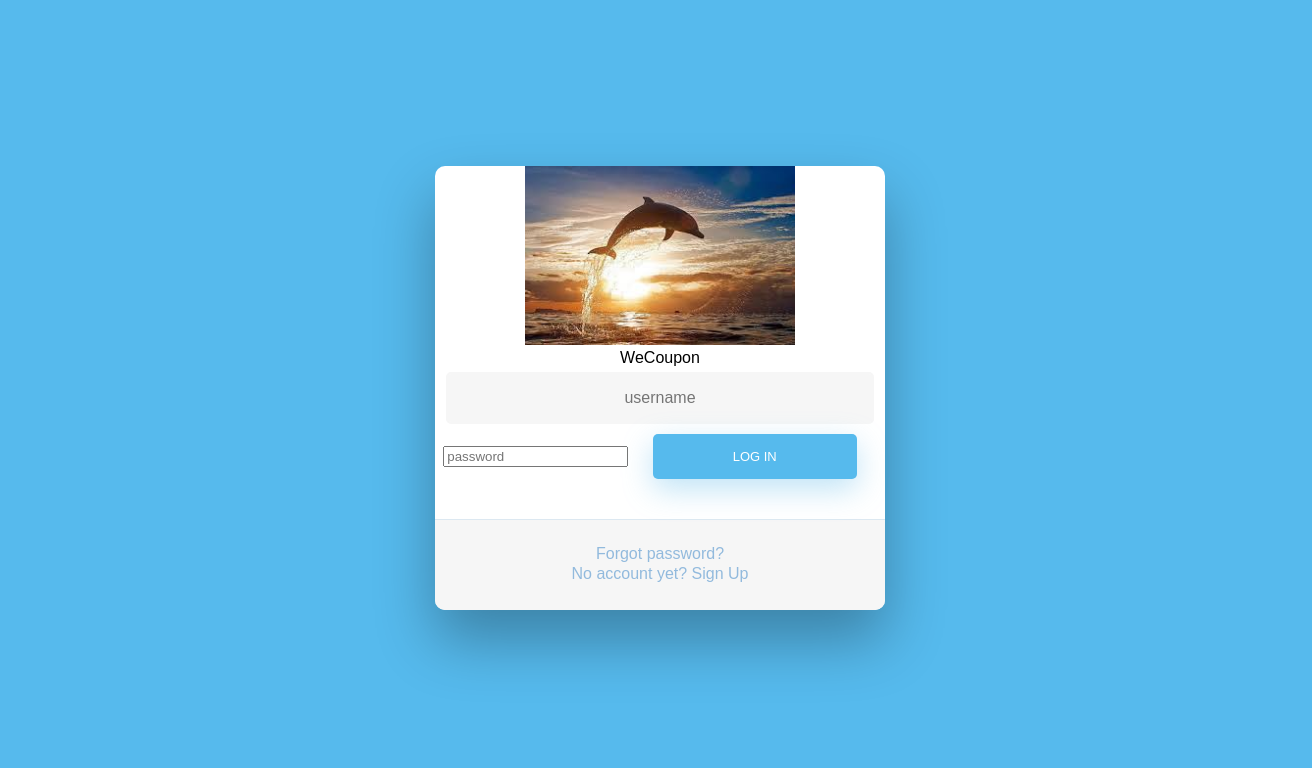
Repository: XUXiangCUHK/WeCoupon
Page: templates/login.html
An editor plug-in stored every save of this project. The page is shown before and after the next save, followed by the edit.
The browser window is 1280 px wide. The page is 1312 px wide, so the pictures cover 1312 px, including what lies to the right of the window. The pictures show the whole page.

Above is the page before, as saved 2021-02-27 15:23:54.

After the next save:
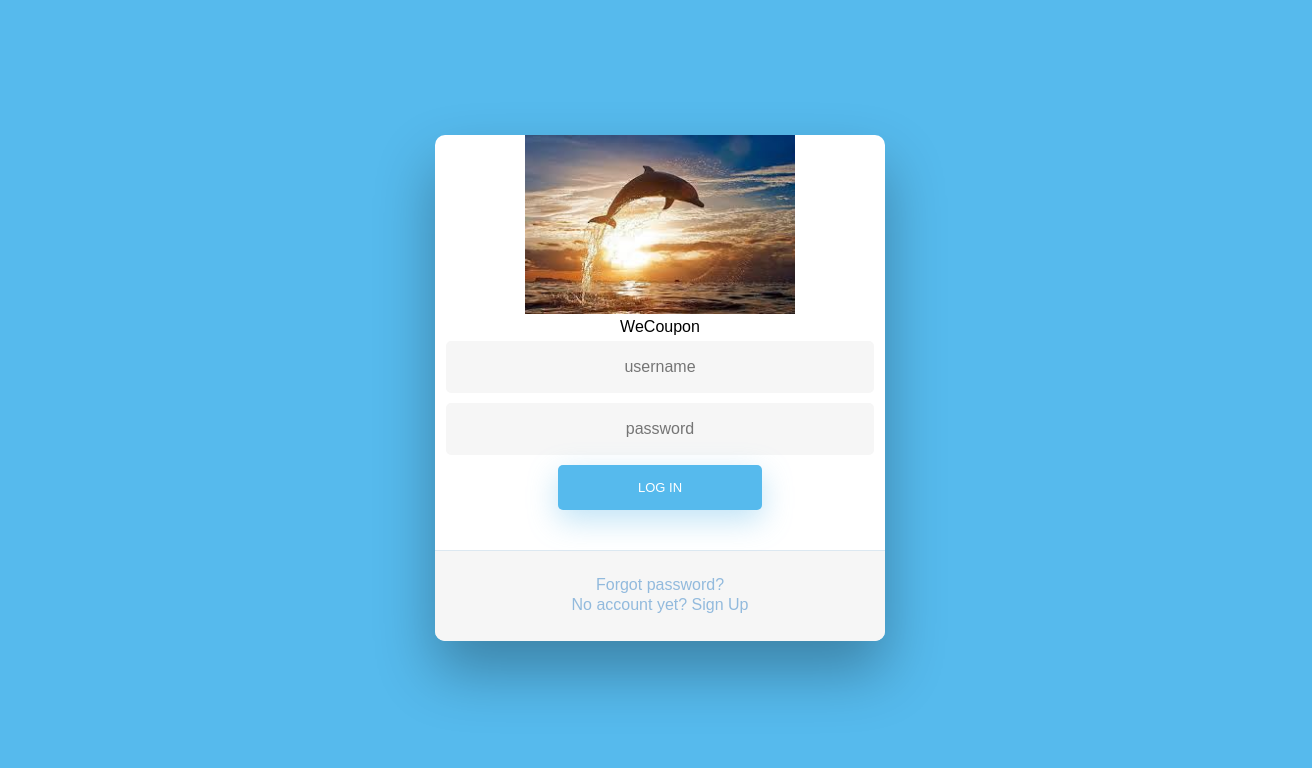
Saved 78 s later.
--- a/templates/login.html
+++ b/templates/login.html
@@ -25,8 +25,8 @@
           <!-- Login Form -->
           <form id="form_id" method="POST">
             <input type="text" id="username" class="fadeIn second" name="login" placeholder="username">
-            <input type="passwordtype" id="password" class="fadeIn third" name="login" placeholder="password">
-            <i class="fa fa-eye showpwd" onClick="showPwd('password', this)">   </i>
+            <input type="text" id="password" class="fadeIn third" name="login" placeholder="password">
+            <i class="far fa-eye" id="togglePassword"></i>
             <input type="submit" class="fadeIn fourth" value="Log In" onclick="return processloginform();">
           </form>
 
--- a/static/css/login_page.css
+++ b/static/css/login_page.css
@@ -260,13 +260,3 @@ input[type=text]:placeholder {
 #icon {
   width:60%;
 }
-
-.relative {
-  position: relative;
-  width: fit-content;
-  i {
-    position: absolute;
-    top: 3px;
-    right: 5px;
-  }
-}
--- a/static/js/login.js
+++ b/static/js/login.js
@@ -3,17 +3,6 @@
 //     console.log(document.querySelector("#password"));
 
 // }
-
-function showPwd(id, el) {
-    let x = document.getElementById(id);
-    if (x.type === "passwordtype") {
-        x.type = "text";
-        el.className = 'fa fa-eye-slash showpwd';
-    } else {
-        x.type = "passwordtype";
-        el.className = 'fa fa-eye showpwd';
-    }
-}
 
 function processloginform() {
     // var username = document.querySelector("#login");
